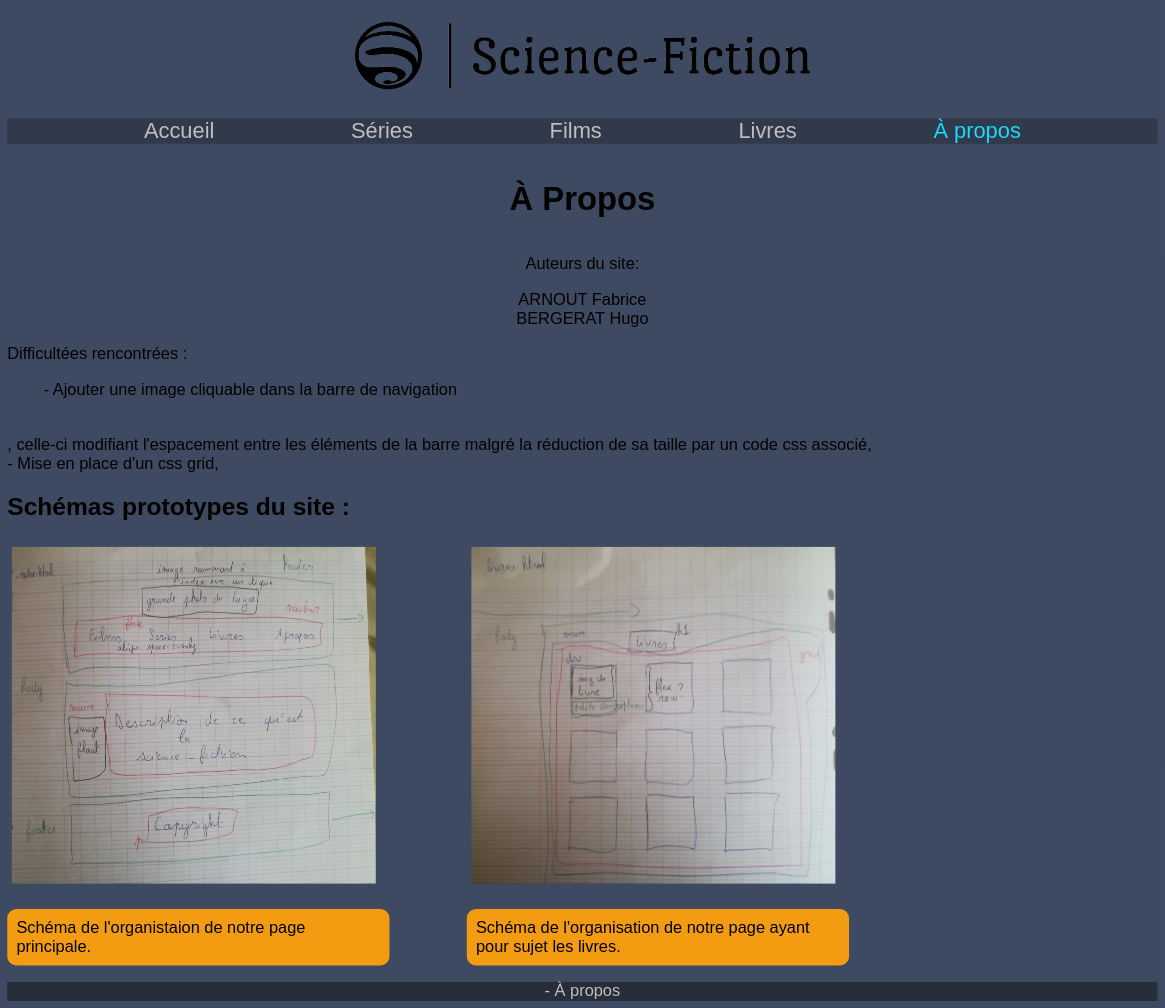
Repository: Emalios/Projet-Web
Page: html/a-propos.html
An editor plug-in stored every save of this project. The page is shown before and after the next save, followed by the edit.
The browser window is 1280 px wide. The pictures show the whole page, at 91% of full size.

Above is the page before, as saved 2020-11-11 19:59:45.

### html/a-propos.html
<!DOCTYPE html>
<html lang="fr" dir="ltr">

<head>
  <meta charset="utf-8">
  <meta name="viewport" content="width=device-width, initial-scale=1.0">
  <title>Science-Fiction - À propos</title>
  <link rel="icon" href="../images/small_icon.png" type="image/png">
  <link rel="stylesheet" href="../css/common.css">
  <link rel="stylesheet" href="../css/a-propos.css">
</head>

<body>
  <header>
    <img id="logo" src="../images/logo_large.png" alt="logo de Science-fiction">
    <nav class="navbar">
      <a href="../index.html" class="nav-link">Accueil</a>
      <a href="series.html" class="nav-link">Séries</a>
      <a href="films.html" class="nav-link">Films</a>
      <a href="livres.html" class="nav-link">Livres</a>
      <a href="a-propos.html" id="active" class="nav-link">À propos</a>
    </nav>
  </header>
  <main>
    <h1 id="title">À Propos</h1>
    <div id="presentation">
      <div id="auteurs-div">Auteurs du site:
        <ul id="auteurs">
          <li class="auteurs-item">ARNOUT Fabrice</li>
          <li class="auteurs-item">BERGERAT Hugo</li>
        </ul>
      </div>
      <div id="difficultees">
        Difficultées rencontrées :
        <ul>
          <li>- Ajouter une image cliquable dans la barre de navigation</li>
        </ul> <br>, celle-ci modifiant l'espacement entre les éléments de la barre malgré la réduction de sa taille par un code css associé,
          <br> - Mise en place d'un css grid,
      </div>
    </div>
    <h2 id="sous-titre"> Schémas prototypes du site :</h2>
    <section class="section">
      <img id="schema_index" src="../images/schema_index.jpg" alt="schema de l'index de notre site">
      <p class="legende">Schéma de l'organistaion de notre page principale.</p>
    </section>
    <section class="section">
      <img id="schema_livres" src="../images/schema_livres.jpg" alt="schema de la pasges 'Livres' de notre site">
      <p class="legende">Schéma de l'organisation de notre page ayant pour sujet les livres.</p>
    </section>
  </main>
  <footer><a href="a-propos.html" class="footer-link">- À propos</a></footer>
</body>


</html>

### css/common.css
body {
  background-color: #3e4a61;
  font-size: 18px;
  font-family: "Source Sans Pro", sans-serif;
}

#logo {
  display: block;
  margin-left: auto;
  margin-right: auto;
  padding-top: 1rem;
  padding-bottom: 2rem;
  max-width: 500px;
}

ul {
  list-style: none outside none;
}

.navbar {
  font-size: 24px;
  display: flex;
  flex-wrap: wrap;
  justify-content: space-evenly;
  padding: 0;
  background-color: #313a4b;
}

.nav-link, .footer-link {
  text-decoration: none;
  color: #c0bebe;
}

.nav-link:hover {
  color: #19dafa;
}

#active {
  color: #19dafa !important;
}

#title {
  text-align: center;
  padding: 1rem;
}

footer {
  background-color: #272e3a;
  text-align: center;
}

@media all and (max-width: 700px) {
  #logo {
    display: block;
    margin-left: auto;
    margin-right: auto;
    padding-top: 1em;
    width: 85%;
    max-width: 500px;
  }

}

### css/a-propos.css
/** début css pour a propos */
.texte {
  display: inline-flex;
  flex-direction: row;
  margin: 8px;
  padding: 8px 10px;
  background-color: #f39c12;
  border-radius: 10px;
  max-width: 30%;
}

#auteurs {
  min-width: 155px;
  text-align: center;
}

#difficultes {
  min-width: 260px;
}

.description {
  display: block;
  text-align: justify;
  margin: 0px 5px 5px 5px;
}

section {
  display: inline-block;
  flex-direction: column;
  max-width: 500px;
  vertical-align: top;
  margin-right: auto;
  margin-left: auto;
}

#schema_index, #schema_livres {
  display: inline-block;
  padding: 5px;
  width: 400px;
  height: 370px;
}

.legende {
  display: inline-block;
  max-width: 400px;
  padding: 10px 10px;
  background-color: #f39c12;
  border-radius: 10px;
}

#presentation {
  display: flex;
  flex-direction: column;
}

#auteurs-div {
  text-align: center;
  display: block;
}

#auteurs {
  padding: 0;
  display: flex;
  flex-direction: column;
}

@media all and (max-width: 700px) {
  .texte {
    display: flex;
    flex-direction: column;
    margin-right: auto;
    margin-left: auto;
    padding: 8px 10px;
    background-color: #f39c12;
    border-radius: 10px;
    min-width: 70%;
    vertical-align: top;
  }
}

/** fin css pour a propos */

After the next save:
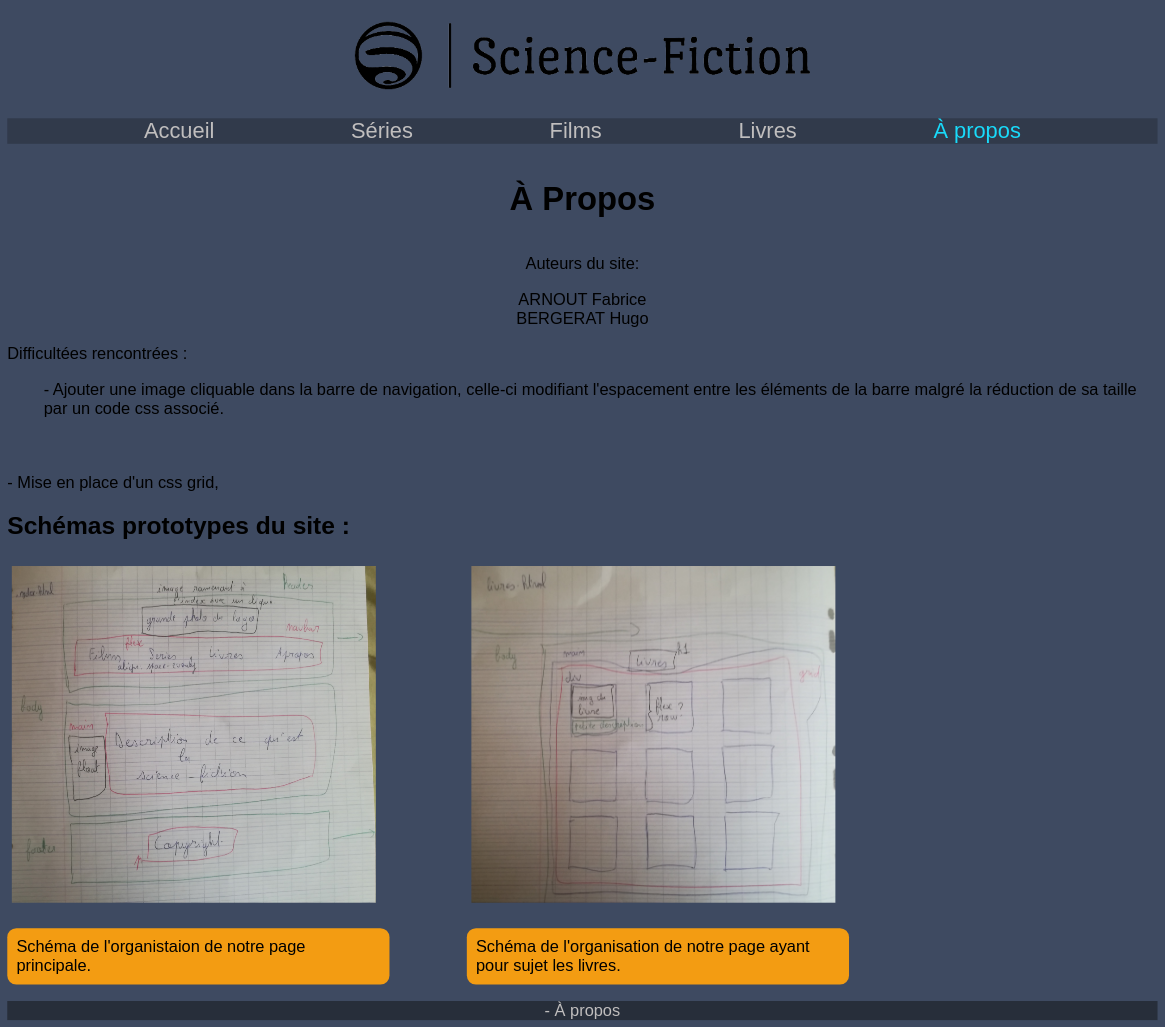
Saved 7 min 52 s later.
--- a/html/a-propos.html
+++ b/html/a-propos.html
@@ -33,8 +33,9 @@
       <div id="difficultees">
         Difficultées rencontrées :
         <ul>
-          <li>- Ajouter une image cliquable dans la barre de navigation</li>
-        </ul> <br>, celle-ci modifiant l'espacement entre les éléments de la barre malgré la réduction de sa taille par un code css associé,
+          <li>- Ajouter une image cliquable dans la barre de navigation, celle-ci modifiant l'espacement entre les éléments de la barre malgré la réduction de sa taille par un code css associé.</li>
+          <li></li>
+        </ul> <br>
           <br> - Mise en place d'un css grid,
       </div>
     </div>
